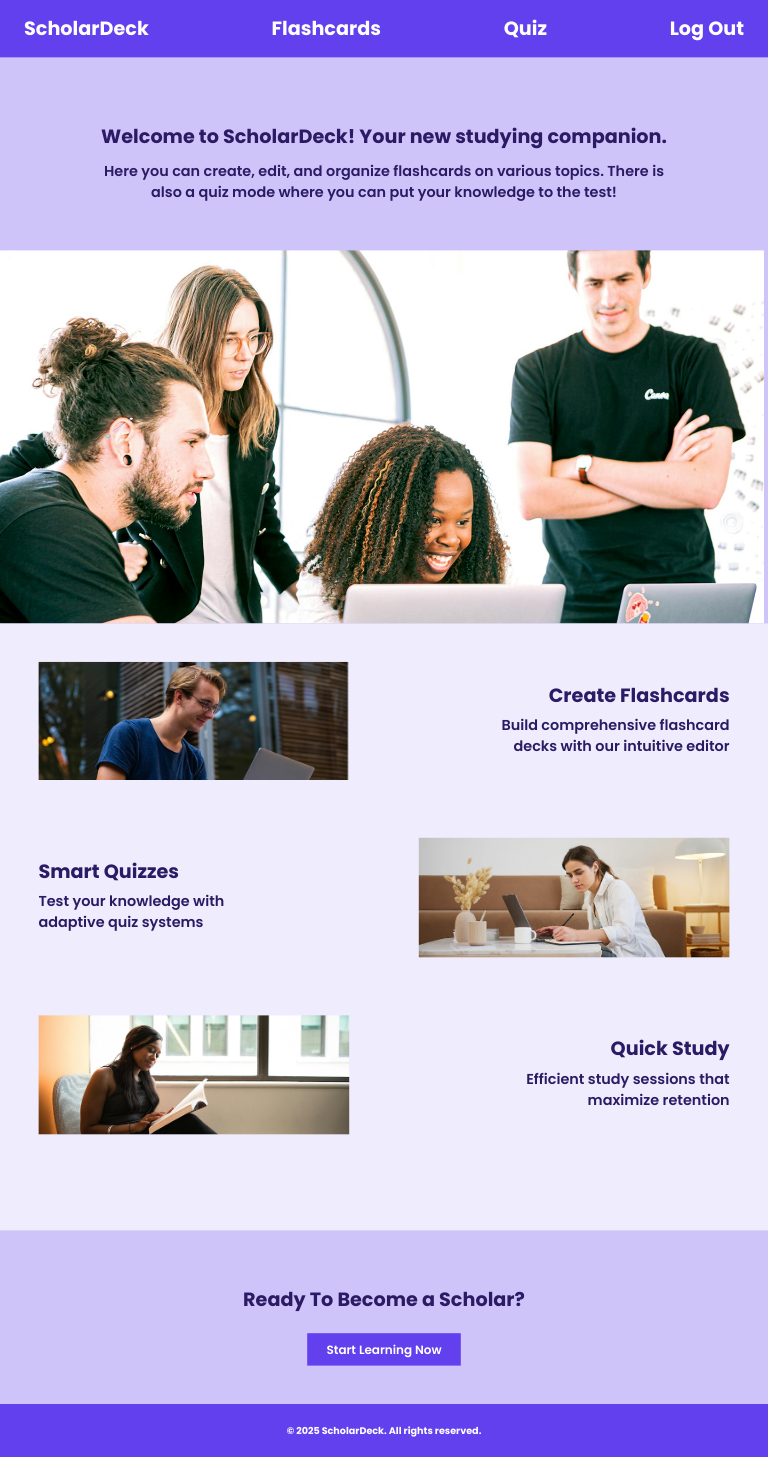
Repository: Darrel00/Frontend_Term_Project
Page: / (app in Frontend_Term_Project-vite/)
The author's editor kept a copy of each file at every save. The page is drawn from the files as they stood at one save, then again after the next save.
The browser window is 1280 px wide. The pictures show the whole page, at 60% of full size.
The project was rebuilt for these pictures with package versions that can differ from the ones it lists, and the page was loaded fresh each time. Also part of the build but not shown: Frontend_Term_Project-vite/vite.config.js, Frontend_Term_Project-vite/src/Components/Navigation.css, Frontend_Term_Project-vite/src/Components/Button.css, Frontend_Term_Project-vite/src/Components/Button.jsx, Frontend_Term_Project-vite/src/Components/Card.css, Frontend_Term_Project-vite/src/Components/Card.jsx, Frontend_Term_Project-vite/src/Components/DeckModal.css, Frontend_Term_Project-vite/src/Components/DeckModal.jsx and 22 more.

Above is the page before, as saved 2025-11-15 21:45:16.

After the next save:
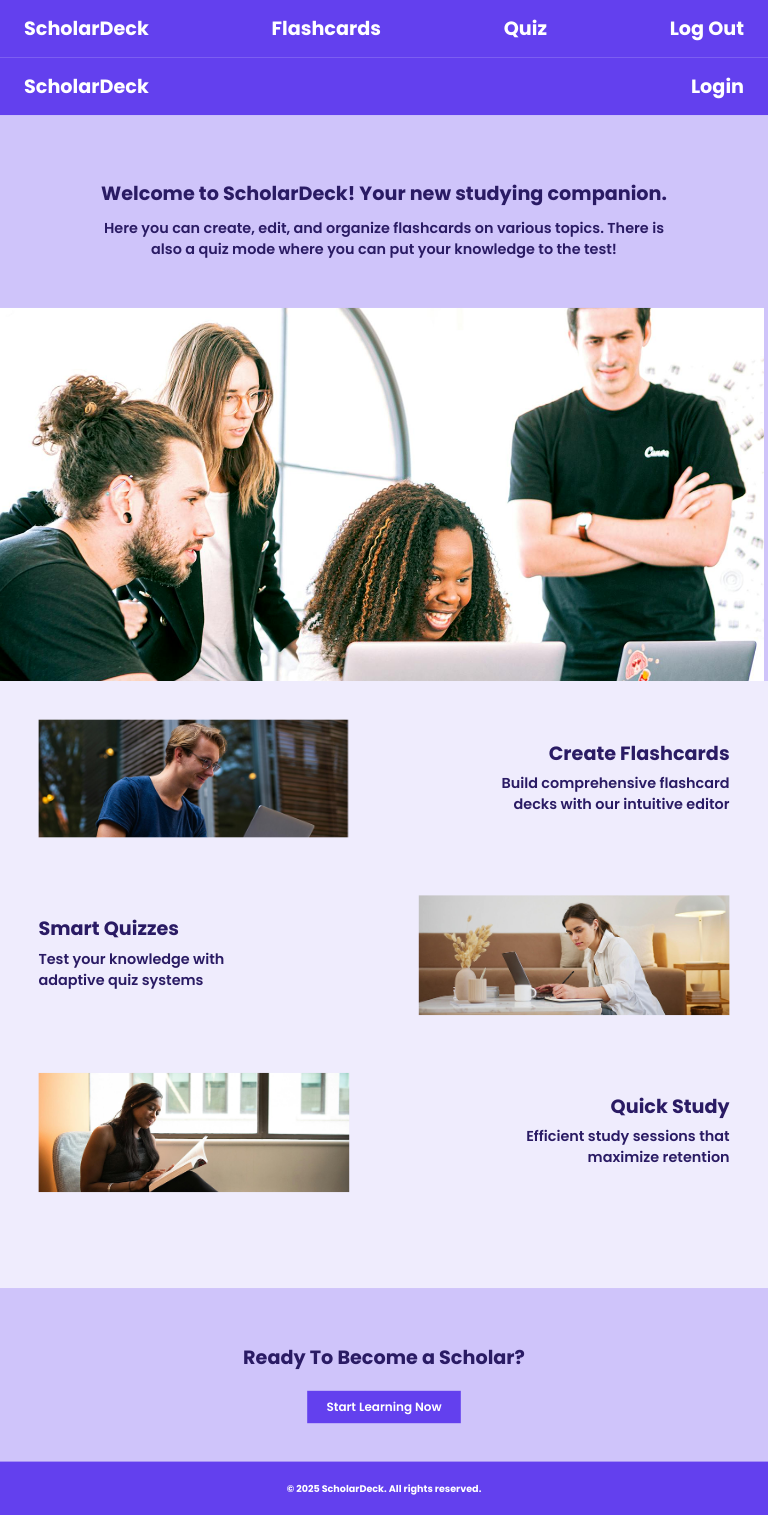
Saved 90 s later.
--- a/Frontend_Term_Project-vite/src/App.jsx
+++ b/Frontend_Term_Project-vite/src/App.jsx
@@ -27,10 +27,10 @@
       {page === 'home' && (
         <>
         <Navigation setPage={setPage}/>
-          {/* <nav>
+          <nav>
             <h1>ScholarDeck</h1>
             <span onClick={() => setPage('signin')}>Login</span>
-          </nav> */}
+          </nav>
           <div className="intro">
             <h2 className="introHeading">
               Welcome to ScholarDeck! Your new studying companion.

After the save that followed:
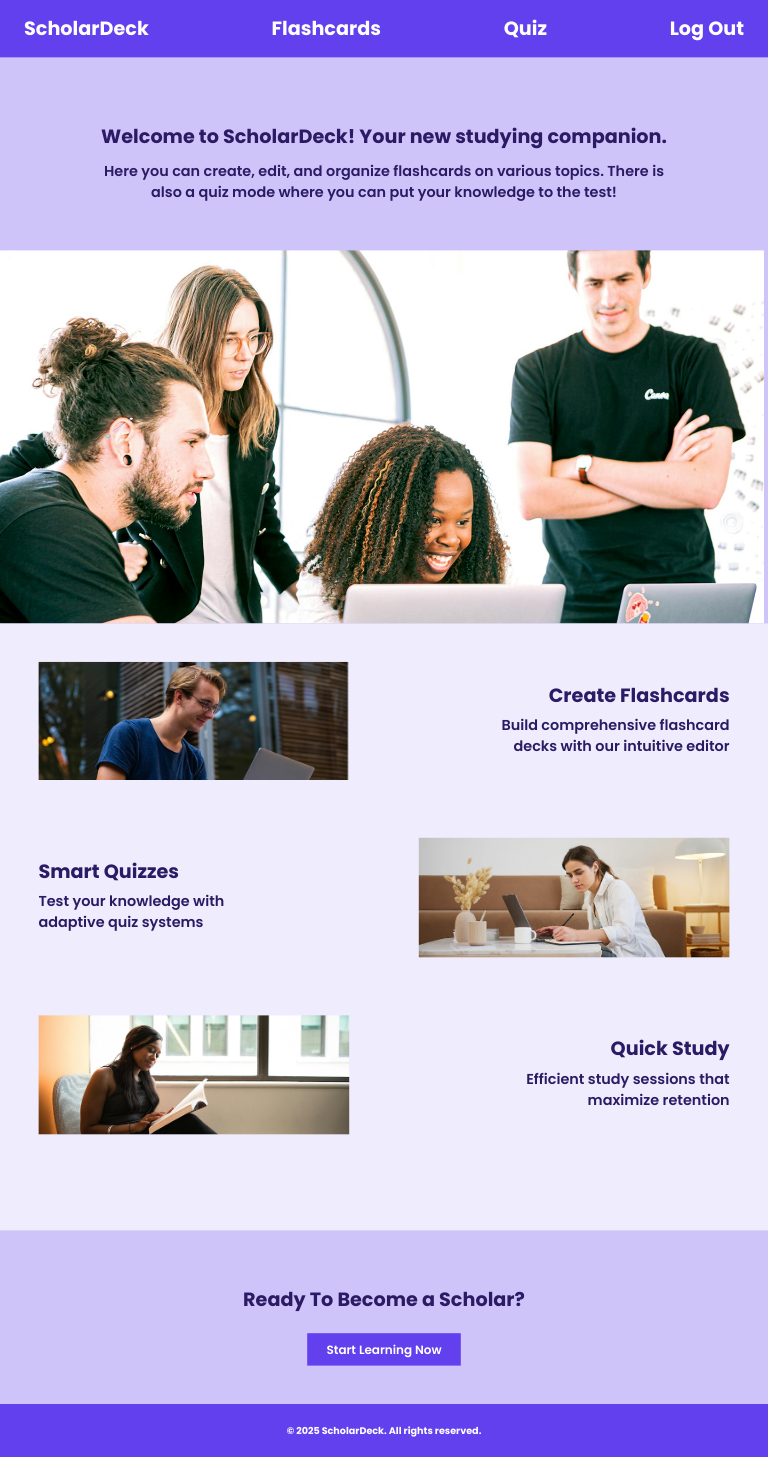
Saved 8 s later.
--- a/Frontend_Term_Project-vite/src/App.jsx
+++ b/Frontend_Term_Project-vite/src/App.jsx
@@ -27,10 +27,10 @@
       {page === 'home' && (
         <>
         <Navigation setPage={setPage}/>
-          <nav>
+          {/* <nav>
             <h1>ScholarDeck</h1>
             <span onClick={() => setPage('signin')}>Login</span>
-          </nav>
+          </nav> */}
           <div className="intro">
             <h2 className="introHeading">
               Welcome to ScholarDeck! Your new studying companion.
